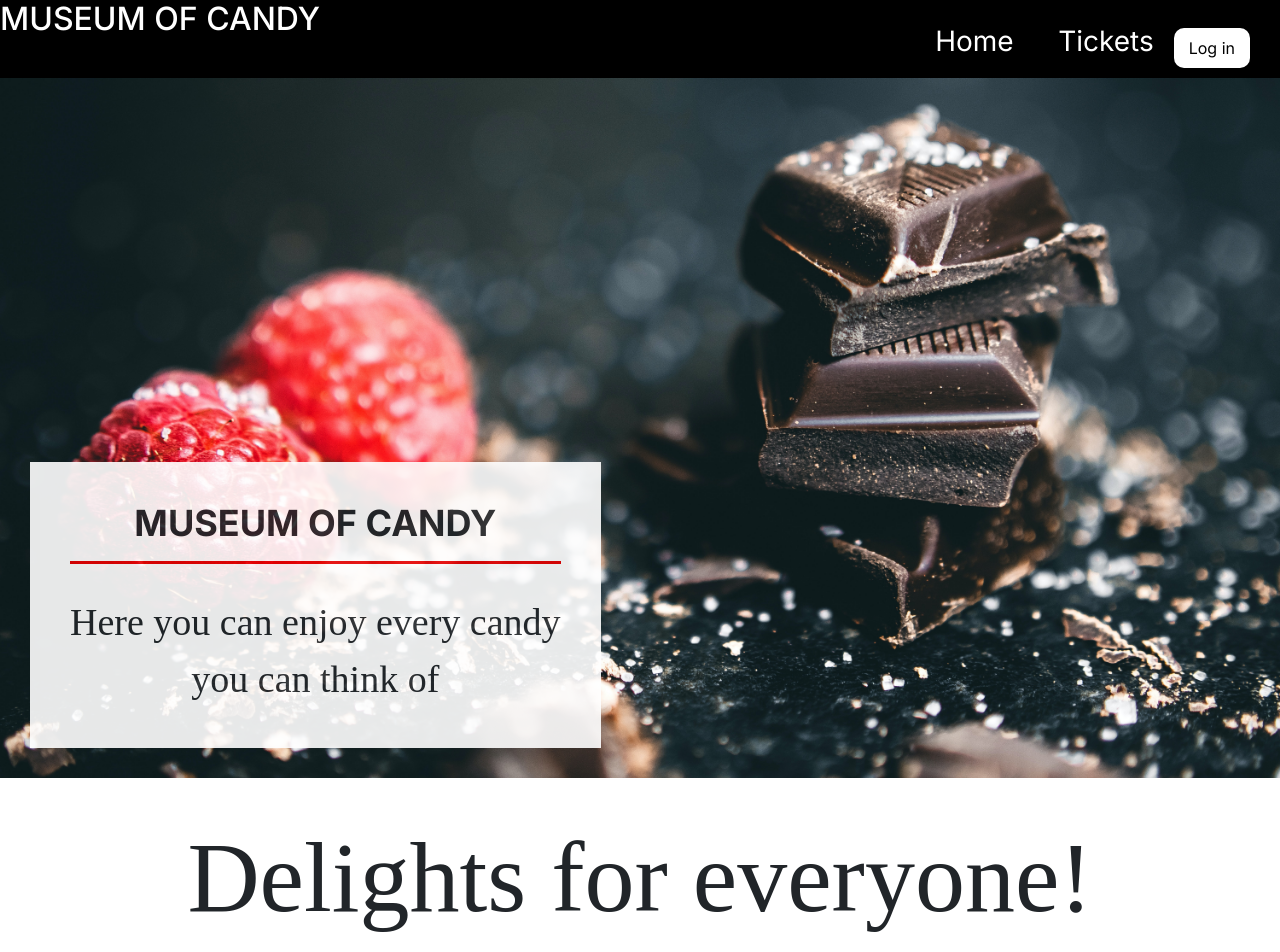
Repository: m-koparanova/MuseumOfCandy
Page: index.html
An editor plug-in stored every save of this project. The page is shown before and after the next save, followed by the edit.
The browser window is 1280 px wide. The pictures show the part of the page from y = 0 to 952 px (the page is 1418 px tall).
Some web fonts or font styles are not loaded; a fallback is used.

Above is the page before, as saved 2023-03-05 21:10:54.

### index.html
<!DOCTYPE html>
<html lang="en">
<head>
    <meta charset="UTF-8">
    <meta http-equiv="X-UA-Compatible" content="IE=edge">
    <meta name="viewport" content="width=device-width, initial-scale=1.0">
    <title>Document</title>
    <link rel="stylesheet" href="https://cdn.jsdelivr.net/npm/bootstrap@4.6.2/dist/css/bootstrap.min.css" integrity="sha384-xOolHFLEh07PJGoPkLv1IbcEPTNtaed2xpHsD9ESMhqIYd0nLMwNLD69Npy4HI+N" crossorigin="anonymous">

    <link rel="stylesheet" href="style.css">

</head>
<body>
    <nav class="nav-bar">
        <h2 class="logo">MUSEUM OF CANDY</h2>
        <div class="top-nav">

            <ul>
                <li class="nav"><a href="#">Home</a></li>
                <li class="nav"><a href="#">Tickets</a></li>
            </ul>
            <button class="button">Log in</button>
        </div>

    </nav>

    <tbody>
        <div class="image-container">
            <img src="pics\pexels-lisa-fotios-918327.jpg" alt="" class="image">
            <div class="text-container">
                <h3>MUSEUM OF CANDY</h3>
                <hr>
                <p>Here you can enjoy every candy<br>you can think of</p>
            </div>
        </div>

        <div>
            <h2 class="delights-text" id="delights-text">Delights for everyone!</h2>
        </div>

        <div class="gallery">
            <img src="C:\Users\Magda\Desktop\code\pics\pexels-anna-tukhfatullina-food-photographerstylist-2638026.jpg" alt="" width="280" height="355">
            <img src="C:\Users\Magda\Desktop\code\pics\pexels-photo-1775285.webp" alt="" width="280" height="355">
            <img src="C:\Users\Magda\Desktop\code\pics\resized-cookie.jpg" alt="" width="280" height="355">
        </div>
    </tbody>


    <script src="https://cdn.jsdelivr.net/npm/jquery@3.5.1/dist/jquery.slim.min.js" integrity="sha384-DfXdz2htPH0lsSSs5nCTpuj/zy4C+OGpamoFVy38MVBnE+IbbVYUew+OrCXaRkfj" crossorigin="anonymous"></script>
    <script src="https://cdn.jsdelivr.net/npm/bootstrap@4.6.2/dist/js/bootstrap.bundle.min.js" integrity="sha384-Fy6S3B9q64WdZWQUiU+q4/2Lc9npb8tCaSX9FK7E8HnRr0Jz8D6OP9dO5Vg3Q9ct" crossorigin="anonymous"></script>

</body>
</html>

### style.css
@import url('https://fonts.googleapis.com/css2?family=Inter:wght@100;200;300;400;500;600;700;800;900&display=swap');
@import url('https://fonts.googleapis.com/css2?family=Italianno&display=swap');


*{
    margin: 0;
    padding: 0;
}

.nav-bar{
    background: black;
}

.logo {
    font-family: 'Inter', sans-serif, bold;
    color: white;
    position: absolute;
    text-align: center;
}

.top-nav{
    display: flex;
    align-items: end;
    justify-content: end;
    padding-top: 20px;
    padding-left: 20px;

}

.top-nav ul li{
    display: inline-block;
    list-style-type: none;
    padding-left: 20px;
    padding-right: 20px;
    font-family: 'Inter', sans-serif;
    font-size: 28px;
}

.top-nav ul li a{
    text-decoration: none;
    color: white;
}

.top-nav ul li a:hover{
    color: rgb(215, 5, 5);
    transition: .3s;
}

.button{
    border: none;
    background: white;
    border-radius: 10px;
    padding: 8px 15px 8px 15px;
    margin-right: 30px;
    margin-bottom: 10px;
    font-family: 'Inter', sans-serif;
    text-align: center;
}

.button:hover{
    background: rgb(215, 5, 5);
    color: white;
}

.image-container {
    position: relative;
    text-align: center;
}

.image{
    object-fit: cover;
    width: 100%;
    height: 700px;
}

.text-container{
    position: absolute;
    bottom: 30px;
    left: 30px;
    background: white;
    opacity: 90%;
    padding: 40px 40px 40px 40px ;
}

.image-container div hr{
    border-width: 3px;
    opacity: 100%;
    background: red;
}
.image-container div h3{
    font-family: "Inter", sans-serif;
    font-size: 36px;
    font-weight: 700;
}

.image-container div p{
    font-family: 'Italianno', cursive;
    font-size: 38px;
    margin-top: 30px;
    margin-bottom: 0px;
}

.delights-text{
    font-family: 'Italianno', cursive;
    text-align: center;
    margin: 40px 0px 40px 0px;
    font-size: 100px;
}

.gallery{
    display: flex;
    justify-content: space-between;

}

.gallery img{
    width: 20%;
    margin: calc(20%/6);
}

After the next save:
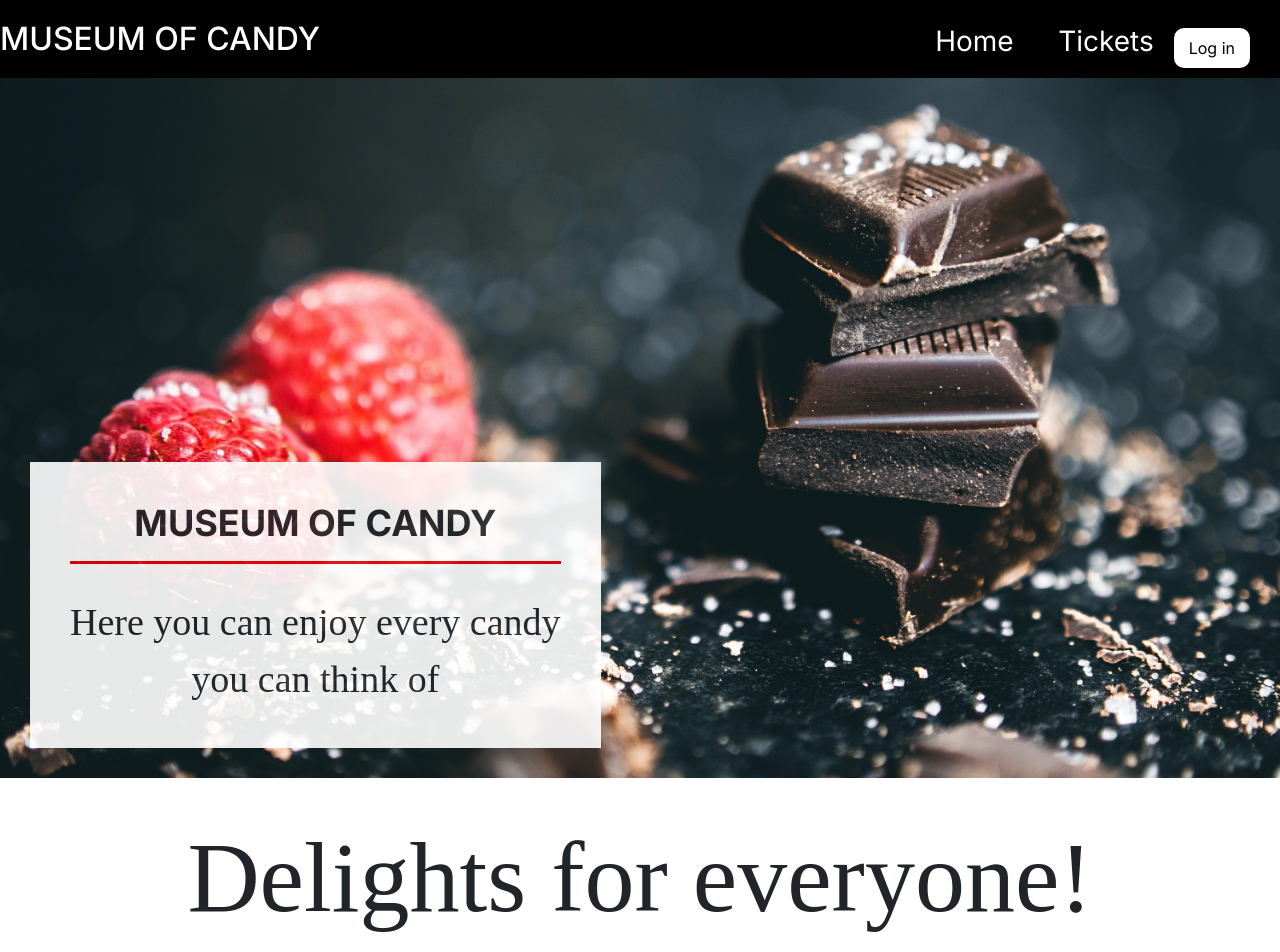
Saved 74 s later.
--- a/style.css
+++ b/style.css
@@ -15,7 +15,7 @@
     font-family: 'Inter', sans-serif, bold;
     color: white;
     position: absolute;
-    text-align: center;
+    margin-top: 20px;
 }
 
 .top-nav{
